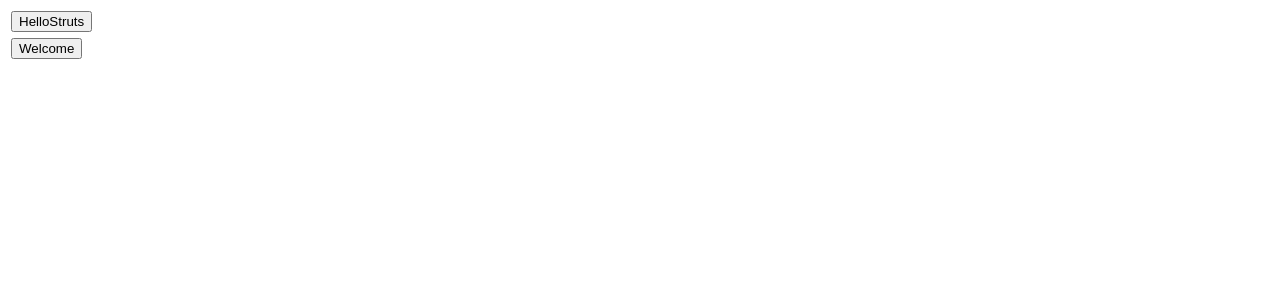
Repository: Numanaka/test
Page: http://localhost/WebProj4/
An editor plug-in stored every save of this project. The page is shown before and after the next save, followed by the edit.
The browser window is 1280 px wide. The pictures show the whole page.
The page is served by Tomcat 9.

Above is the page before, as saved 2019-07-01 06:41:10.

After the next save:
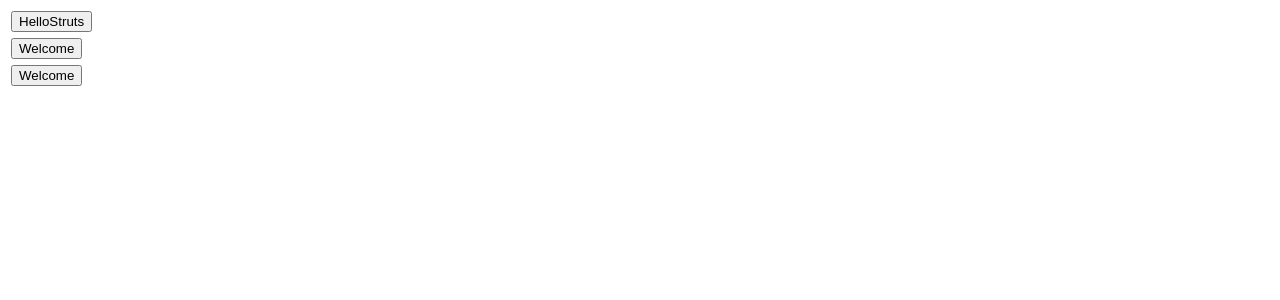
Saved 5 min 23 s later.
--- a/WebProj4/WebContent/index.jsp
+++ b/WebProj4/WebContent/index.jsp
@@ -17,6 +17,11 @@
 	<s:submit value="Welcome"/>
 </s:form>
 
+<s:form action="InquiryAction">
+	<s:submit value="Welcome"/>
+</s:form>
+
+
 
 </body>
 </html>
